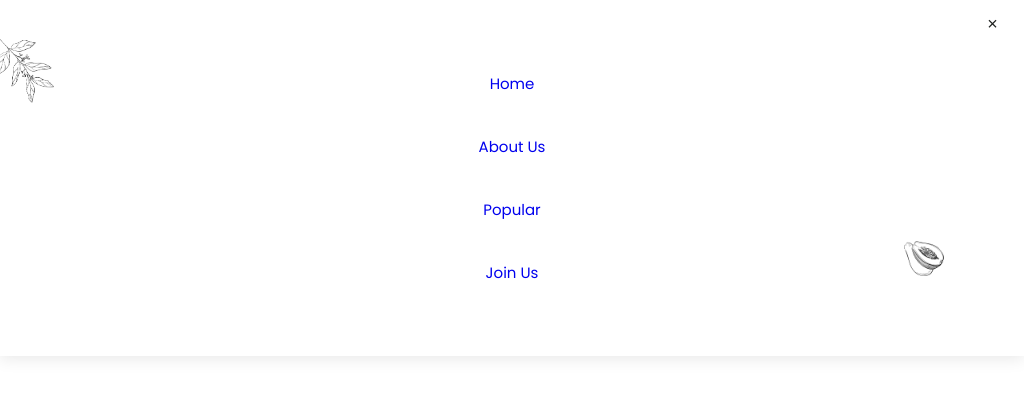
Repository: dinhhaidh/fruit
Page: index.html
The author's editor kept a copy of each file at every save. The page is drawn from the files as they stood at one save, then again after the next save.
The browser window is 1024 px wide. The pictures show the whole page.
Some web fonts or font styles are not loaded; a fallback is used.

Above is the page before, as saved 2024-02-18 16:24:40.
Console error: ReferenceError: ScrollReveal is not defined

### index.html
<!DOCTYPE html>
<html lang="en">
<head>
    <meta charset="UTF-8">
    <meta name="viewport" content="width=device-width, initial-scale=1.0">

    <!--=============== FAVICON ===============-->
    <link rel="shortcut icon" href="assets/img/favicon.png" type="image/x-icon">

    <!--=============== REMIXICONS ===============-->
    <link rel="stylesheet" href="https://cdnjs.cloudflare.com/ajax/libs/remixicon/3.5.0/remixicon.css" crossorigin="">

    <!--=============== CSS ===============-->
    <link rel="stylesheet" href="./css/style.css">

    <title>Responsive fruit website - Bedimcode</title>
</head>
<body>
    <!--==================== HEADER ====================-->
    <header class="header" id="header">
        <nav class="nav container">
            <a href="#" class="nav__logo">
                <img src="./img/logo.png" alt=""> Fruit
            </a>
            <div class="nav__menu" id="nav-menu">
                <ul class="nav__list">
                    <li class="nav__item">
                        <a href="#Home" class="nav__link">Home</a>
                    </li>
                    <li class="nav__item">
                        <a href="#enjoy" class="nav__link">About Us</a>
                    </li>
                    <li class="nav__item">
                        <a href="#popular" class="nav__link">Popular</a>
                    </li>
                    <li class="nav__item">
                        <a href="#join" class="nav__link">Join Us</a>
                    </li>
                </ul>

                <a href="#" class="nav__close">
                    <i class="ri-close-line"></i>
                </a>

                <img src="./img/branch-2.png" alt="" class="nav__img-1">
                <img src="./img/fruit-line-1.png" alt="" class="nav__img-2">
            </div>

            <div class="nav__buttons">

                <!-- <i class="ri-moon-line theme__button" id="theme-button"></i> -->

                <div class="nav__toggle" id="nav-toggle">
                    <i class="ri-apps-2-line"></i>
                </div>
            </div>
        </nav>
    </header>

    <!--==================== MAIN ====================-->
    <main class="main">
        <!--==================== HOME ====================-->
        <section class="home section" id="home">

        </section>

        <!--==================== ENJOY ====================-->
        <section class="enjoy section">

        </section>

        <!--==================== ABOUT US ====================-->
        <section class="about section" id="about">

        </section>

        <!--==================== POPULAR ====================-->
        <section class="popular section" id="popular">

        </section>

        <!--==================== JOIN US ====================-->
        <section class="join section" id="join">

        </section>
    </main>

    <!--==================== FOOTER ====================-->
    <footer class="footer">

    </footer>

    <!--========== SCROLL UP ==========-->


    <!--=============== SCROLLREVEAL ===============-->
    <script src=""></script>

    <script src="https://code.jquery.com/jquery-3.7.1.slim.min.js"></script>

    <!--=============== MAIN JS ===============-->
    <script src="assets/js/main.js"></script>
</body>
</html>

### css/style.css
/*=============== GOOGLE FONTS ===============*/
@import url("https://fonts.googleapis.com/css2?family=Cherry+Bomb+One&family=Poppins:wght@400;500;600&display=swap");

/*=============== VARIABLES CSS ===============*/
:root {
  --header-height: 3.5rem;

  /*========== Colors ==========*/
  /*Color mode HSL(hue, saturation, lightness)*/
  --first-color: hsl(140, 40%, 48%);
  --first-color-alt: hsl(140, 40%, 44%);
  --title-color: hsl(140, 4%, 12%);
  --text-color: hsl(140, 4%, 40%);
  --text-color-light: hsl(140, 4%, 64%);
  --white-color: hsl(0, 0%, 100%);
  --body-color: hsl(0, 0%, 100%);
  --container-color: hsl(0, 0%, 95%);
  --shadow-img: drop-shadow(0 8px 12px hsla(0, 0%, 0%, .2));
  --filter-img: invert(1);

  /*========== Font and typography ==========*/
  /*.5rem = 8px | 1rem = 16px ...*/
  --body-font: "Poppins", sans-serif;
  --second-font: "Cherry Bomb One", cursive;
  --biggest-font-size: 3rem;
  --big-font-size: 2rem;
  --h1-font-size: 1.5rem;
  --h2-font-size: 1.25rem;
  --h3-font-size: 1rem;
  --normal-font-size: .938rem;
  --small-font-size: .813rem;

  /*========== Font weight ==========*/
  --font-regular: 400;
  --font-medium: 500;
  --font-semi-bold: 600;

  /*========== z index ==========*/
  --z-tooltip: 10;
  --z-fixed: 100;
}

/*========== Responsive typography ==========*/
@media screen and (min-width: 1150px) {
  :root {
    --biggest-font-size: 5.5rem;
    --big-font-size: 3rem;
    --h1-font-size: 2.25rem;
    --h2-font-size: 1.5rem;
    --h3-font-size: 1.25rem;
    --normal-font-size: 1rem;
    --small-font-size: .875rem;
  }
}

/*=============== BASE ===============*/
* {
  box-sizing: border-box;
  padding: 0;
  margin: 0;
}

html {
  scroll-behavior: smooth;
}

body,
input,
button {
  font-family: var(--body-font);
  font-size: var(--normal-font-size);
}

body {
  background-color: var(--body-color);
  color: var(--text-color);
  transition: background-color .4s;
}

input,
button {
  border: none;
  outline: none;
}

h1, h2, h3, h4 {
  color: var(--title-color);
  font-weight: var(--font-medium);
  line-height: 100%;
}

ul {
  list-style: none;
}

a {
  text-decoration: none;
}

img {
  display: block;
  max-width: 100%;
  height: auto;
}

/*=============== THEME ===============*/


/*========== Variables Dark Theme ==========*/



/*==========
	Color changes in some parts of
	the website, in dark theme
==========*/


/*=============== REUSABLE CSS CLASSES ===============*/
.container {
  max-width: 1120px;
  margin-inline: 1.5rem;
}

.grid {
  display: grid;
  gap: 1.5rem;
}

.section {
  padding-block: 5rem 1rem;
}

.section__title {
  font-size: var(--big-font-size);
  font-family: var(--second-font);
  text-align: center;
  margin-bottom: 1rem;
}

.main {
  overflow: hidden; /* For animation ScrollReveal */
}

/*=============== HEADER & NAV ===============*/
.header{
    position: fixed;
    width: 100%;
    top: 0;
    left: 0;
    background-color: var(--body-color);
    z-index: var(--z-fixed);
    transition: box-shadow .4s, background-color .4s;
}
.nav{
    height: var(--header-height);
    display:flex;
    align-items: center;
    justify-content: space-between;
}
.nav__close,
.nav__toggle,
.nav__logo{
    display:flex;
    align-items: center;
    justify-content: center;
    color: var(--title-color);
}
.nav__logo{
    column-gap: 0.25rem;
    font-family: var(--second-font);
    font-size: var(--h3-font-size);
}
.nav__logo img {
    width: 1.25rem;
}

/* Navigation for mobile devices */
@media screen and (max-width: 1150px) {
    .nav__menu{
        position: fixed;
        width: 100%;
        top: 0;
        left: 0;
        background-color: var(--body-color);
        box-shadow:  0 2px 16px hsla(0, 0%, 0%, .1);
        z-index: var(--z-fixed);
        padding-block: 4.5rem;
        transition: top .4s;
    }
    .nav__close{
        position: absolute;
        top: 1rem;
        right: 1.5rem;
    }
    .nav__list{
        display: flex;
        flex-direction: column;
        row-gap: 2.5rem;
        text-align: center;
    }
    .nav__img-1,
    .nav__img-2{
        position: absolute;
        filter: var(--filter-img);
    }
    .nav__img-1{
        top: 1rem;
        width: 70px;
        rotate: 180deg;
        left: -1rem;
    }
    .nav__img-2{
        width: 40px;
        bottom: 5rem;
        right: 5rem;
    }
}


/* Show menu */


/* Add shadow header */


/* Active link */


/*=============== HOME ===============*/


/*=============== BUTTON ===============*/


/*=============== ENJOY ===============*/


/*=============== ABOUT ===============*/


/*=============== POPULAR ===============*/


/*=============== JOIN ===============*/


/*=============== FOOTER ===============*/


/*=============== SCROLL BAR ===============*/


/*=============== SCROLL UP ===============*/


/* Show Scroll Up */


/*=============== BREAKPOINTS ===============*/
/* For small devices */


/* For medium devices */


/* For large devices */

### js/main.js
$(document).ready(function () {
  $("#nav-toggle").click(function(){
    $("#nav-menu").addClass("show-menu");
  });
  $("#nav-close").click(function(){
    $("#nav-menu").removeClass("show-menu");
  });
  $("#nav__link").click(function(){
    $('.active-link').removeClass("show-menu");
  });

  // khi kích vào nav__link nó sẽ ẳn đi
  $('.nav__item a').click(function(){
    $("#nav-menu").removeClass("show-menu");
  });
  //
  $(window).scroll(function(){
    $("#header").toggleClass("shadow-header", $(this).scrollTop() >= 50);
    $("#scroll-up").toggleClass("show-scroll", $(this).scrollTop() >= 350);

    // // active-link //
    // $('.active-link').addClass('nav__menu');

    /*=============== SCROLL SECTIONS ACTIVE LINK ===============*/
const sections = document.querySelectorAll('section[id]')

const scrollActive = () =>{
  	const scrollDown = window.scrollY

	sections.forEach(current =>{
		const sectionHeight = current.offsetHeight,
            sectionTop = current.offsetTop - 58,
            sectionId = current.getAttribute('id'),
            sectionsClass = document.querySelector('.nav__menu a[href*=' + sectionId + ']')

		if(scrollDown > sectionTop && scrollDown <= sectionTop + sectionHeight){
			sectionsClass.classList.add('active-link')
		}else{
			sectionsClass.classList.remove('active-link')
		}
	})
}
window.addEventListener('scroll', scrollActive)
  });
});


// dark-theme
$(document).ready( function(){
  $('#theme-button').click( function () {
      $('body').toggleClass('dark-theme');
      $('.ri-moon-line').toggleClass('ri-sun-line');
  });
});
//

/*=============== SCROLL REVEAL ANIMATION ===============*/
const sr = ScrollReveal({
  origin: 'top',
  distance: '60px',
  duration: 2500,
  delay: 400,
  // reset: true
})
sr.reveal(`.home__data, .join__container, .footer__container`) //hiệu ứng trên xuống
sr.reveal(`.home__img`,{origin: 'bottom'})
sr.reveal(`.enjoy__card, .popular__card`,{interval: 100}) //hiệu ứng trêm xuống lần lần từng giây
sr.reveal(`.about__data`,{origin: 'right'})
sr.reveal(`.about__img`,{origin: 'left'})

After the next save:
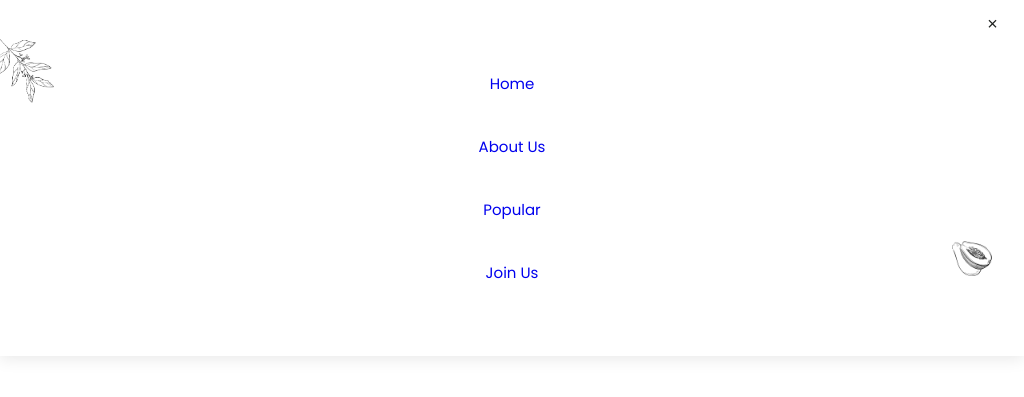
Saved 4 s later.
--- a/css/style.css
+++ b/css/style.css
@@ -213,7 +213,7 @@
     .nav__img-2{
         width: 40px;
         bottom: 5rem;
-        right: 5rem;
+        right: 2rem;
     }
 }
 
